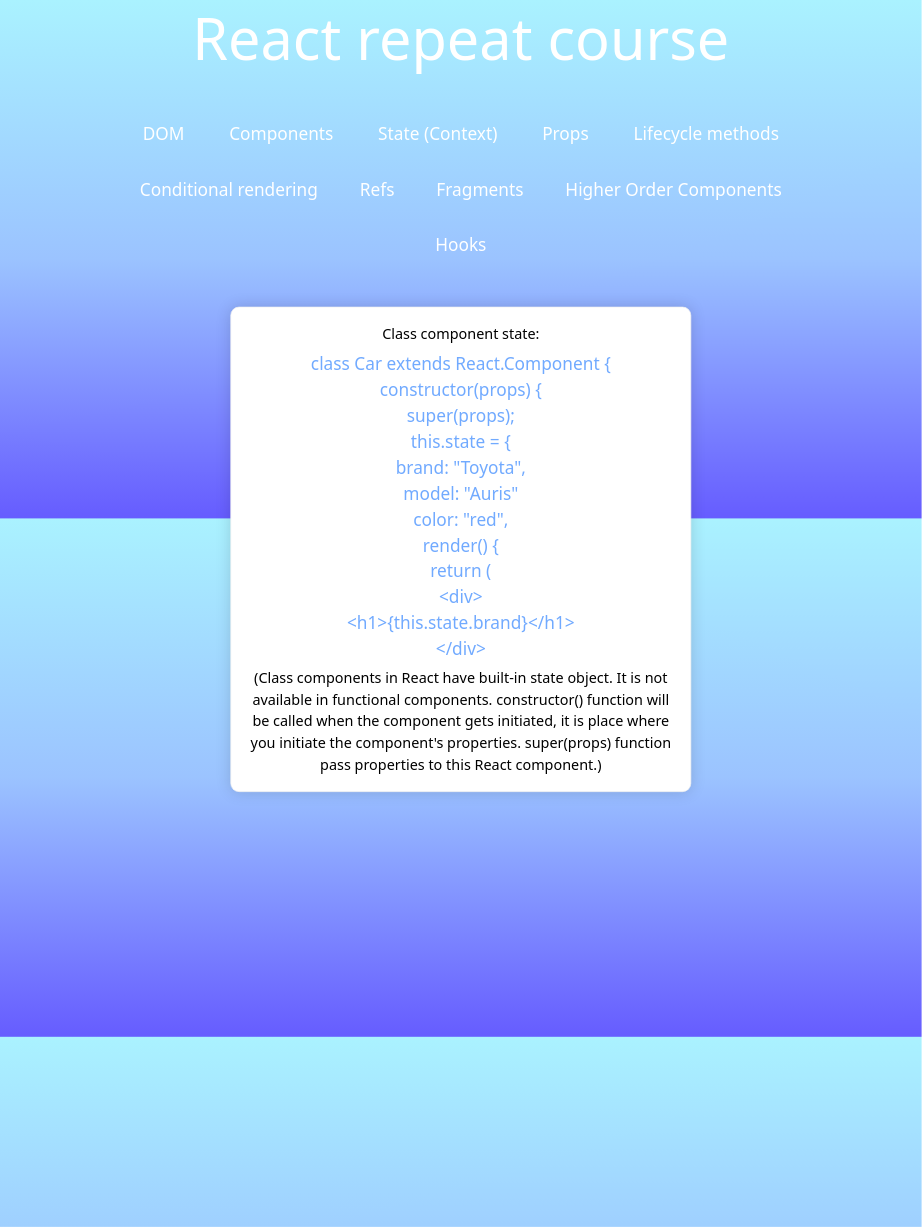
Repository: michalgornicki/github
Page: /#/State
An editor plug-in stored every save of this project. The page is shown before and after the next save, followed by the edit.
The browser window is 1280 px wide. The pictures show the whole page, at 72% of full size.
Backgrounds fixed to the window are drawn as part of the page. The project was rebuilt for these pictures with package versions that can differ from the ones it lists, and the page was loaded fresh each time. Also part of the build but not shown: src/components/dom.jsx, src/components/components.jsx, src/components/props.jsx, src/components/lifecycle.jsx, src/components/conditional.jsx, src/components/refs.jsx, src/components/fragments.jsx, src/components/hoc.jsx and 1 more.

Above is the page before, as saved 2022-02-07 13:00:23.

After the next save:
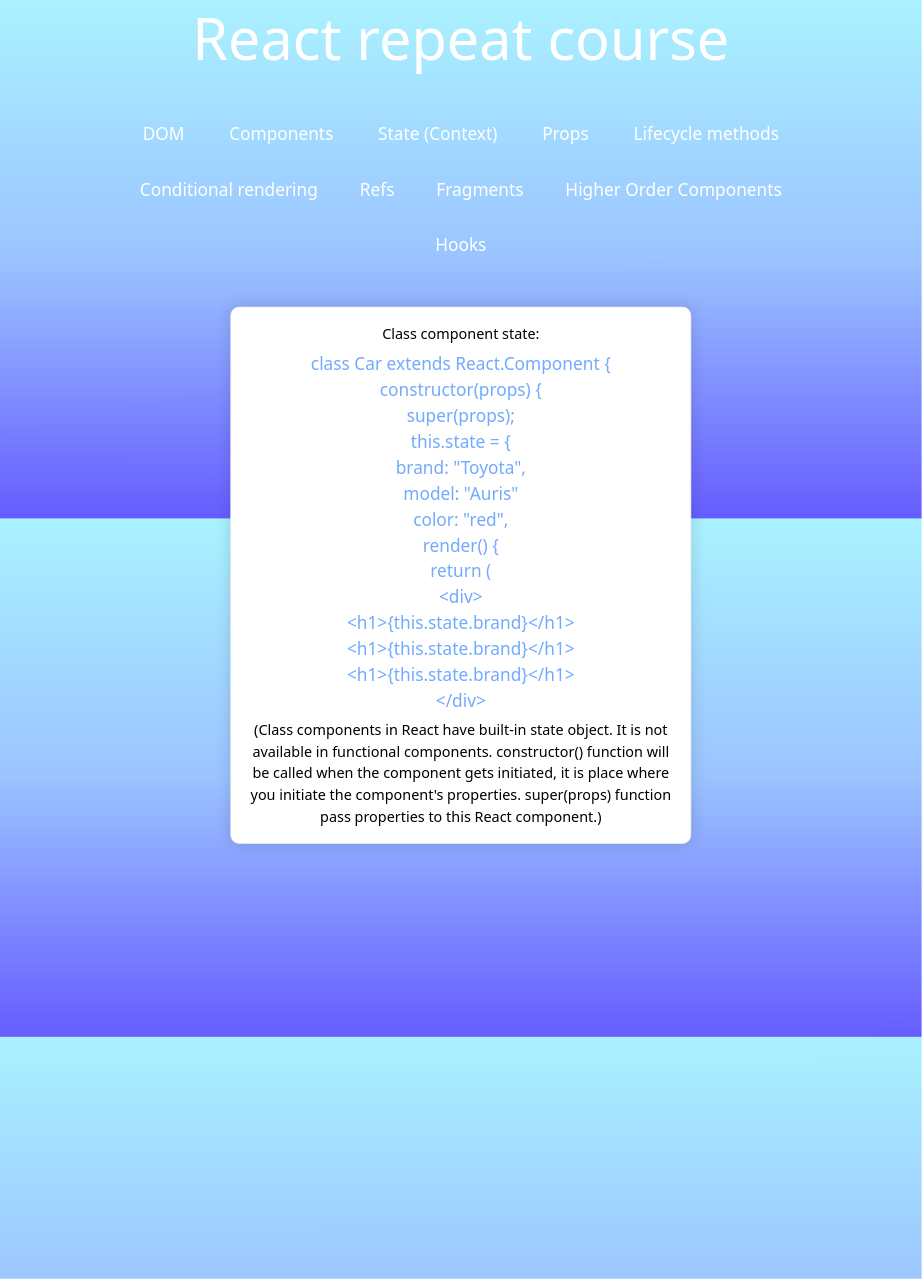
Saved 4 s later.
--- a/src/components/state.jsx
+++ b/src/components/state.jsx
@@ -16,6 +16,8 @@
           {`return (`}{" "} <br />
           {`<div>`}{" "} <br />
           {`<h1>{this.state.brand}</h1>`} <br />
+          {`<h1>{this.state.brand}</h1>`} <br />
+          {`<h1>{this.state.brand}</h1>`} <br />
           {`</div>`}{" "}
         </div>{" "}
         (Class components in React have built-in state object. It is not available in functional components. constructor() function will be called when the component gets initiated, it is place where you initiate the component's properties. super(props) function pass properties to this React component.)
